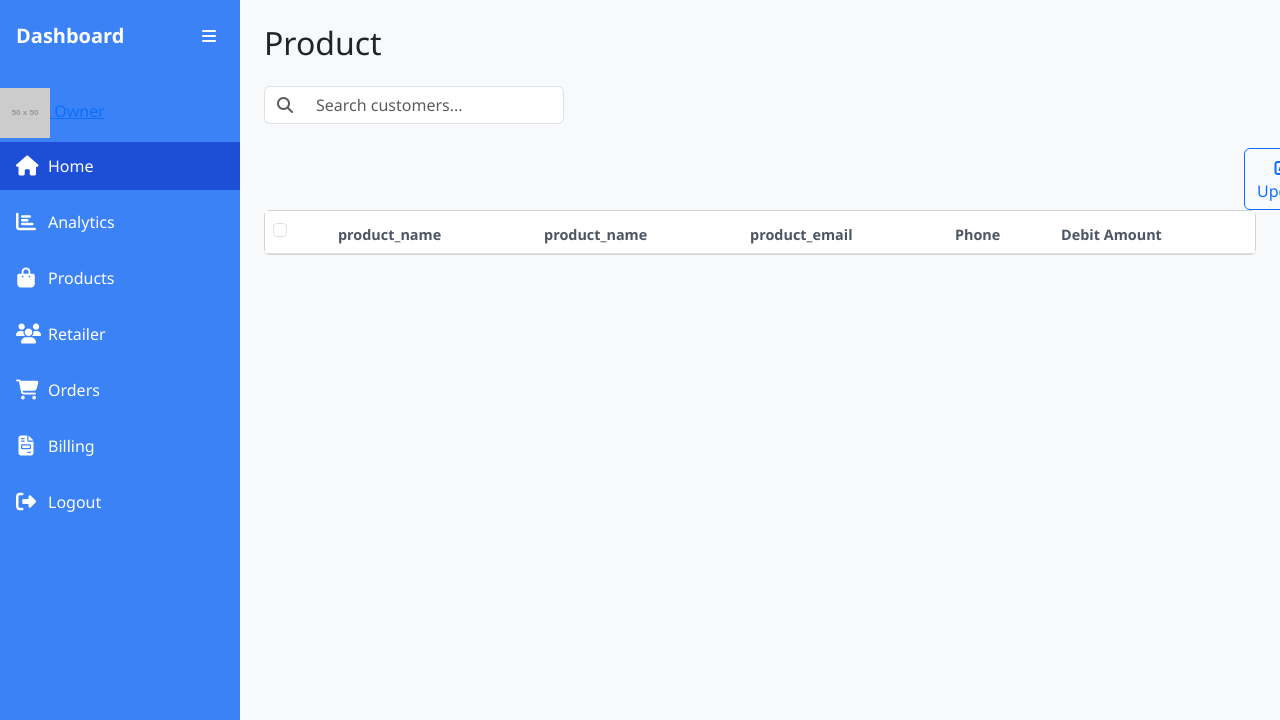
Repository: AditiAjitSalvi/Inventory_Managment
Page: http://localhost/Inventory/Product.jsp
The author's editor kept a copy of each file at every save. The page is drawn from the files as they stood at one save, then again after the next save.
The browser window is 1280 px wide. The pictures show the whole page.
The page is served by Tomcat 9. Queries for data that is not in the repository find no rows.

Above is the page before, as saved 2025-06-01 13:06:11.

After the next save:
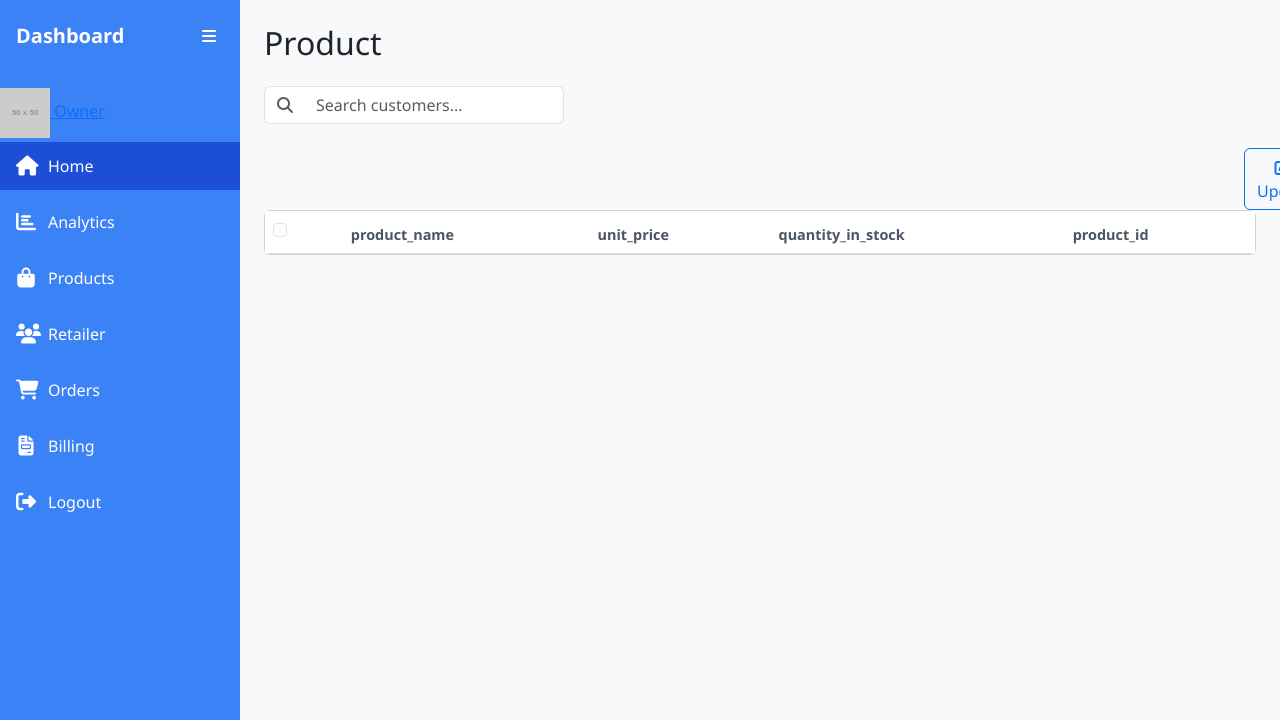
Saved 42 s later.
--- a/Inventory_Managment_System/Inventory/src/main/webapp/Product.jsp
+++ b/Inventory_Managment_System/Inventory/src/main/webapp/Product.jsp
@@ -329,10 +329,10 @@ body {
 											</div>
 										</th>
 										<th>product_name</th>
-										<th>product_name</th>
-										<th>product_email</th>
-										<th>Phone</th>
-										<th>Debit Amount</th>
+										<th>unit_price</th>
+										<th>quantity_in_stock</th>
+										<th>product_id</th>
+
 									</tr>
 								</thead>
 								<tbody>
